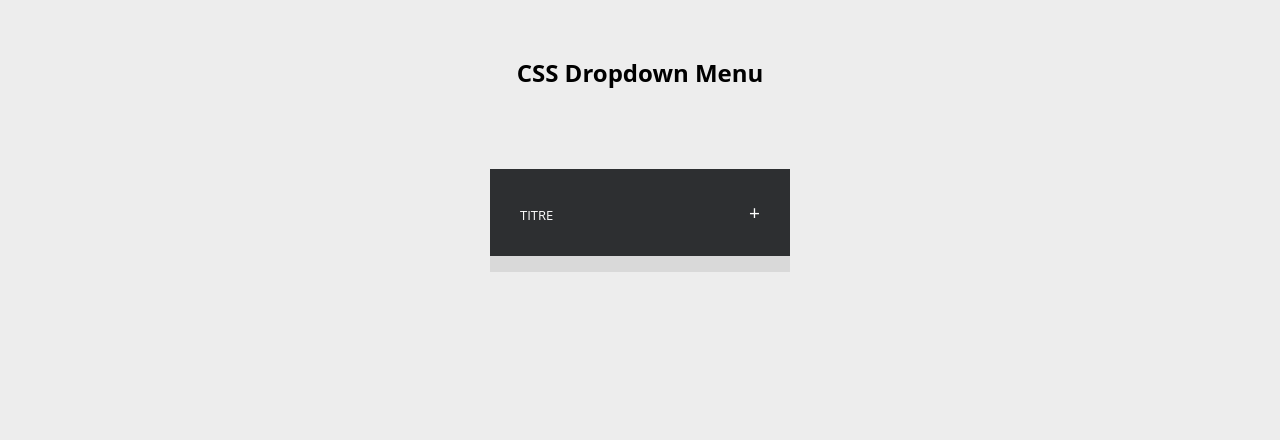
Repository: navid-amini12/capstone-1
Page: index.html
These files come from the project's save history. The page is drawn as it stood at one moment and after the next save; the edit follows.
The browser window is 1280 px wide. The pictures show the whole page.

Above is the page before, as saved 2022-05-13 10:37:30.

After the next save:
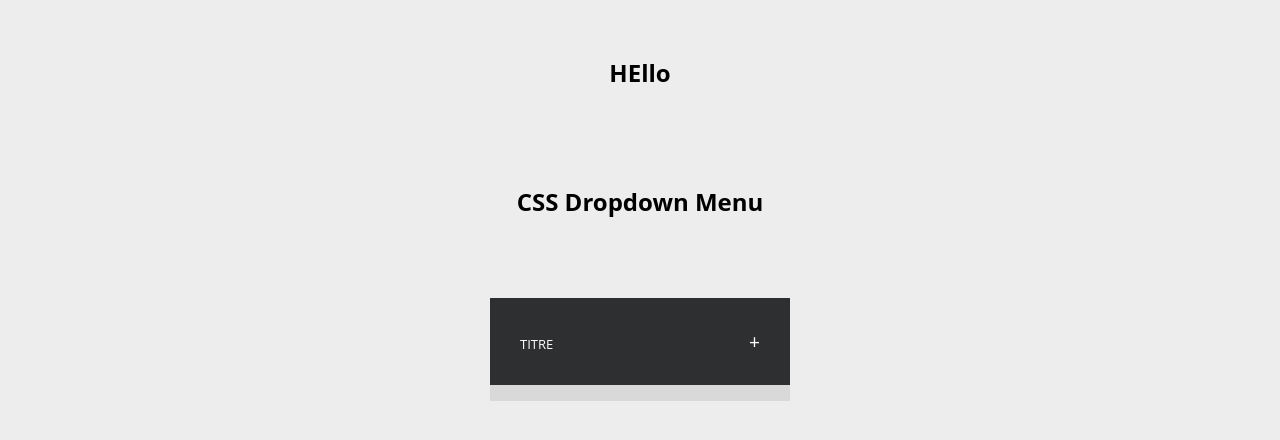
Saved 16 s later.
--- a/index.html
+++ b/index.html
@@ -4,7 +4,7 @@
 <html>
 
 <body>
-
+<h1>HEllo</h1>
 
 
 		<link rel="stylesheet" type="text/css" href="style.css">
